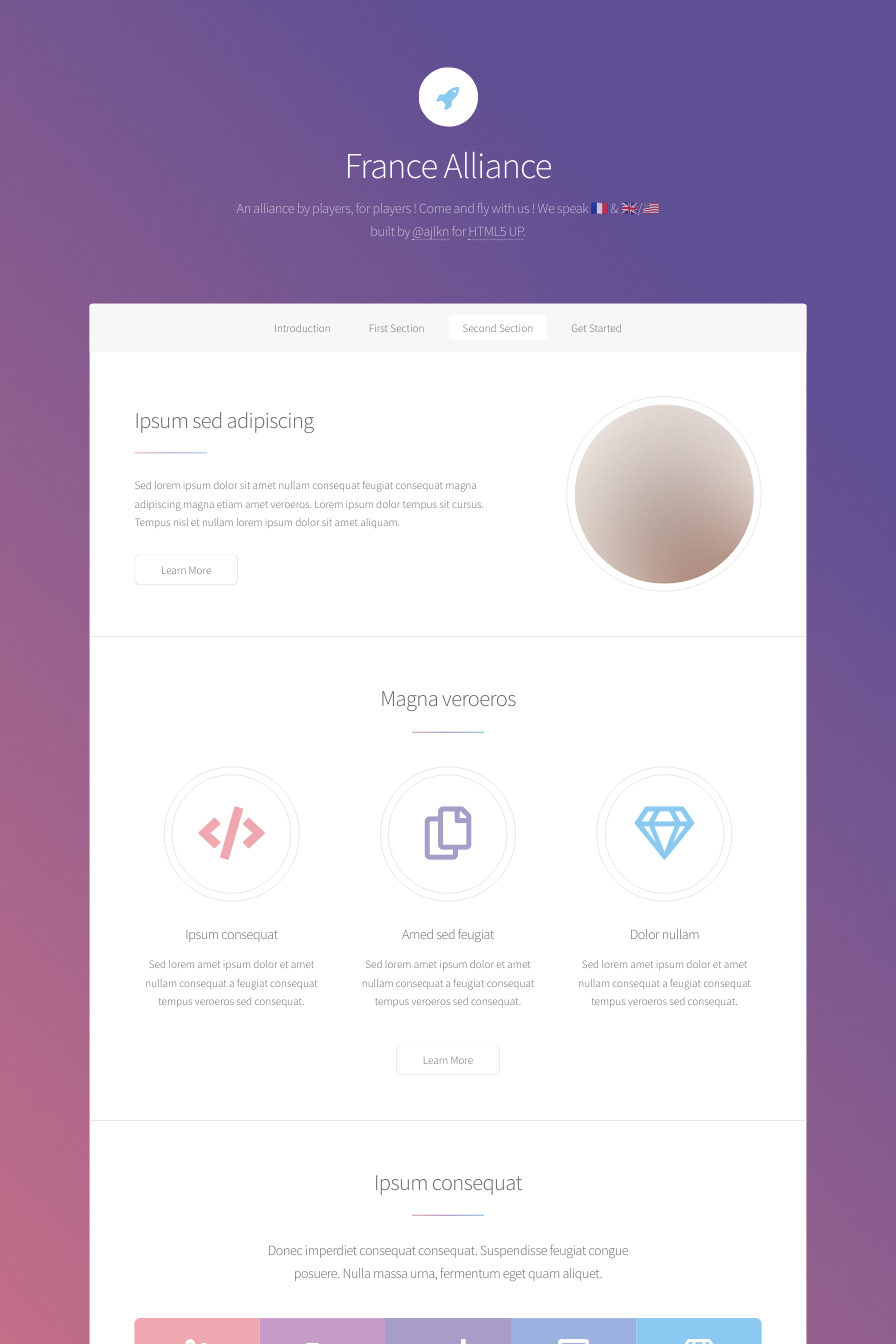
Repository: France-Alliance/France-Alliance.github.io
Page: index.html
An editor plug-in stored every save of this project. The page is shown before and after the next save, followed by the edit.
The browser window is 1280 px wide. The pictures show the part of the page from y = 0 to 1920 px (the page is 3278 px tall before and 3351 px after), at 70% of full size.

Above is the page before, as saved 2021-04-05 20:06:56.

After the next save:
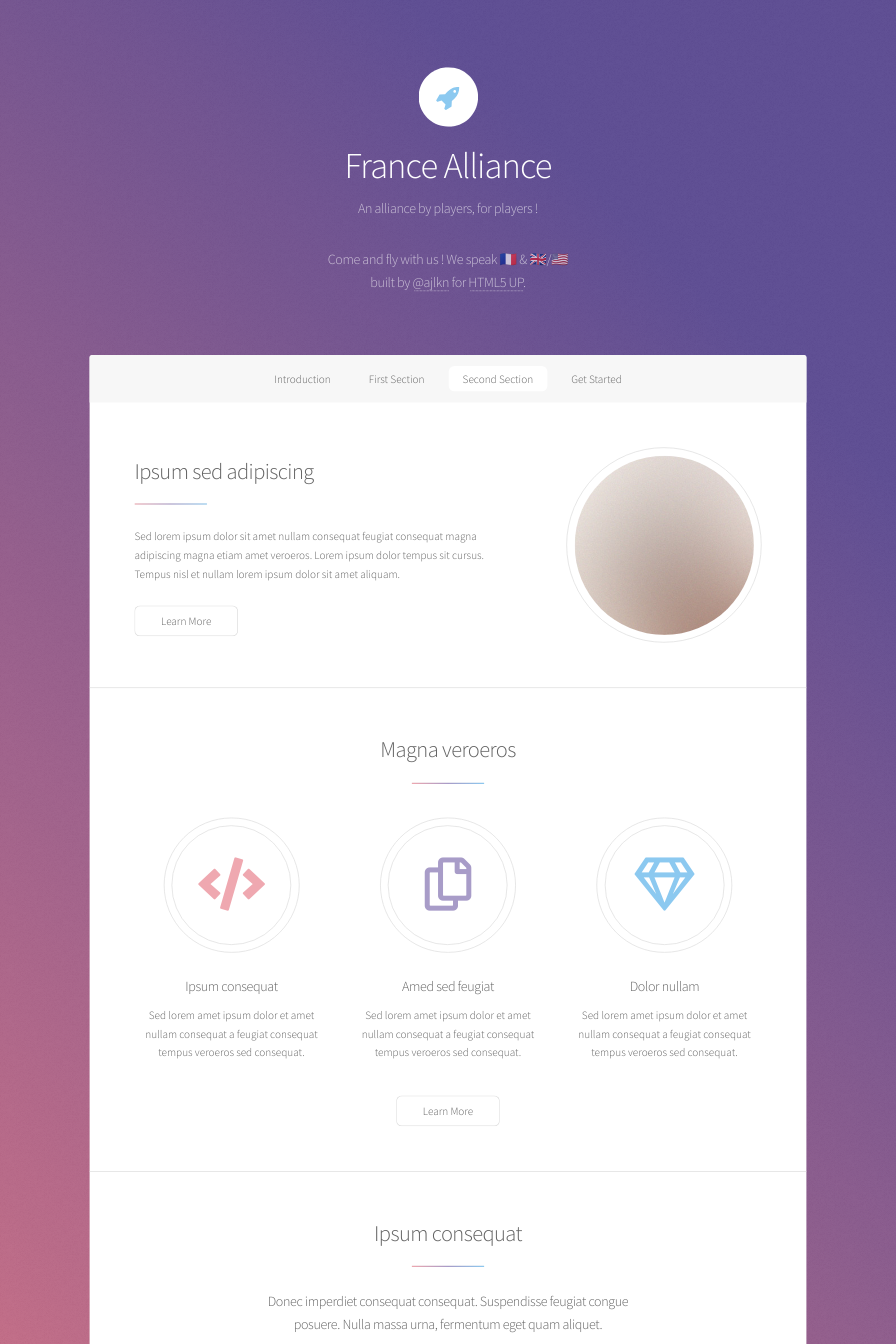
Saved 34 s later.
--- a/index.html
+++ b/index.html
@@ -21,9 +21,8 @@
 					<header id="header" class="alt">
 						<span class="logo"><img src="images/logo.svg" alt="" /></span>
 						<h1>France Alliance</h1>
-						<p>An alliance by players, for players !
-							Come and fly with us ! We speak 🇫🇷 & 🇬🇧/🇺🇸
-							<br />
+						<p>An alliance by players, for players ! <br />
+						<p>	Come and fly with us ! We speak 🇫🇷 & 🇬🇧/🇺🇸<br />
 						built by <a href="https://twitter.com/ajlkn">@ajlkn</a> for <a href="https://html5up.net">HTML5 UP</a>.</p>
 					</header>
 
